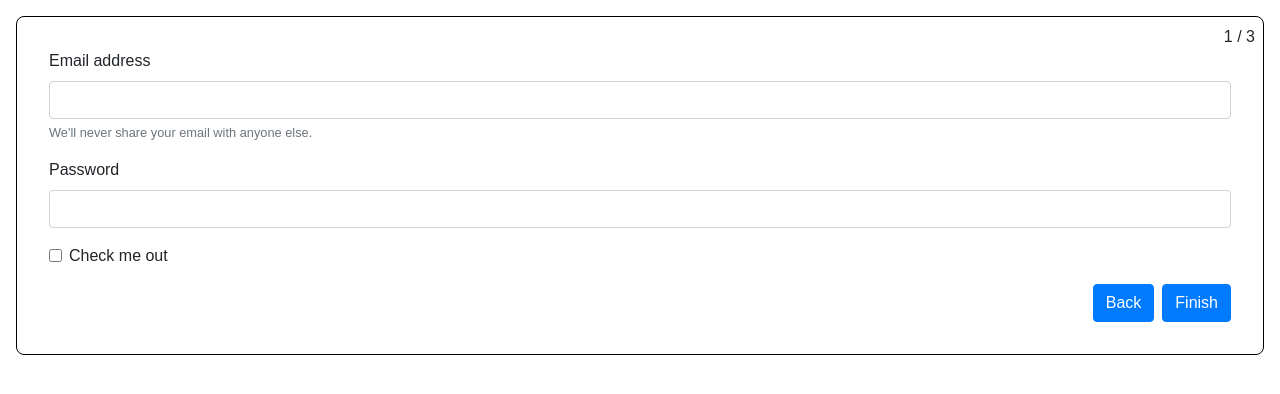
Repository: Aminox84/frontend-main
Page: /
An editor plug-in stored every save of this project. The page is shown before and after a run of saves, followed by the edit.
The browser window is 1280 px wide. The pictures show the whole page.
The project was rebuilt for these pictures with package versions that can differ from the ones it lists, and the page was loaded fresh each time. Also part of the build but not shown: src/AddressForm.tsx.

Above is the page before, as saved 2022-12-29 19:13:41.

### public/index.html
<!DOCTYPE html>
<html lang="en">
  <head>
    <meta charset="utf-8" />
    <link rel="icon" href="%PUBLIC_URL%/favicon.ico" />
    <meta name="viewport" content="width=device-width, initial-scale=1" />
    <meta name="theme-color" content="#000000" />
    <meta
      name="description"
      content="Web site created using create-react-app"
    />
    <link rel="apple-touch-icon" href="%PUBLIC_URL%/logo192.png" />

    <link rel="manifest" href="%PUBLIC_URL%/manifest.json" />
    <link rel="stylesheet" href="https://cdn.jsdelivr.net/npm/bootstrap@4.4.1/dist/css/bootstrap.min.css" integrity="sha384-Vkoo8x4CGsO3+Hhxv8T/Q5PaXtkKtu6ug5TOeNV6gBiFeWPGFN9MuhOf23Q9Ifjh" crossorigin="anonymous">

    <title>React App</title>
  </head>
  <body>
    <noscript>You need to enable JavaScript to run this app.</noscript>
    <div id="root"></div>
    <script src="https://code.jquery.com/jquery-3.4.1.slim.min.js" integrity="sha384-J6qa4849blE2+poT4WnyKhv5vZF5SrPo0iEjwBvKU7imGFAV0wwj1yYfoRSJoZ+n" crossorigin="anonymous"></script>
    <script src="https://cdn.jsdelivr.net/npm/popper.js@1.16.0/dist/umd/popper.min.js" integrity="sha384-Q6E9RHvbIyZFJoft+2mJbHaEWldlvI9IOYy5n3zV9zzTtmI3UksdQRVvoxMfooAo" crossorigin="anonymous"></script>
    <script src="https://cdn.jsdelivr.net/npm/bootstrap@4.4.1/dist/js/bootstrap.min.js" integrity="sha384-wfSDF2E50Y2D1uUdj0O3uMBJnjuUD4Ih7YwaYd1iqfktj0Uod8GCExl3Og8ifwB6" crossorigin="anonymous"></script>
  </body>
</html>

### src/App.tsx
import React from 'react';
import { useMultistepForm } from './useMultistepForm';
import { AddressForm } from './AddressForm';
import { AccountForm } from './AccountForm';
import { UserForm } from './userForm';


function App() {


const {steps,currentStepIndex,step,isFirstStep,isLastStep,back,next} = useMultistepForm([<UserForm />,<AddressForm />,<AccountForm />])

  return (
    <div style={{position:"relative",background:"white",border:"1px solid  black",padding:"2rem",margin:"1rem",borderRadius:".5rem",fontFamily:"Arial"}}>
      <form>
       <div style={{position:"absolute",top:".5rem",right:".5rem"}}> {currentStepIndex + 1} / {steps.length}</div>
       {step}
       <div className='d-flex justify-content-end'>
       {!isFirstStep && <button className='btn btn-primary ml-2' type="button" onClick={back}>Back</button>}
       <button type="button" className='btn btn-primary ml-2' onClick={next}>{isLastStep ? "Finish" : "Next"}</button>
       </div>
      </form>
    </div>
  );
}

export default App;

### src/useMultistepForm.ts
import {ReactElement,useState} from 'react'



export function useMultistepForm(steps: ReactElement[]){

const [currentStepIndex, setCurrentStepIndex]=useState(0)

function next(){
setCurrentStepIndex(i=>{
    if ( i > steps.length-1) return i
    return i +1
})
}
function back(){
    setCurrentStepIndex(i=>{
        if ( i <= 0) return i
        return i -1
    })
}
function goTo(index:number){
    setCurrentStepIndex(index);
}





return {
    currentStepIndex,
    step: steps[currentStepIndex],
    goTo,
    next,
    back,
    steps,
    isFirstStep: currentStepIndex!==0,
    isLastStep: steps.length-1,
}

}

### src/userForm.tsx
export function UserForm(){
    return (
        <>
        <form>
  <div className="form-group">
    <label htmlFor="exampleInputEmail1">Email address</label>
    <input type="email" className="form-control" id="exampleInputEmail1" aria-describedby="emailHelp" />
    <small id="emailHelp" className="form-text text-muted">We'll never share your email with anyone else.</small>
  </div>
  <div className="form-group">
    <label htmlFor="exampleInputPassword1">Password</label>
    <input type="password" className="form-control" id="exampleInputPassword1" />
  </div>
  <div className="form-group form-check">
    <input type="checkbox" className="form-check-input" id="exampleCheck1" />
    <label className="form-check-label" htmlFor="exampleCheck1">Check me out</label>
  </div>
</form>
        </>
    )
}

### src/AccountForm.tsx
export function AccountForm(){
    return (
        <>
        <label> Email</label>
        <input autoFocus required type="text"></input>
        <label>Password</label>
        <input required type="password"/>
        </>
    )
}

Loaded but not shown: src/index.tsx (common file)

After the next 2 saves:
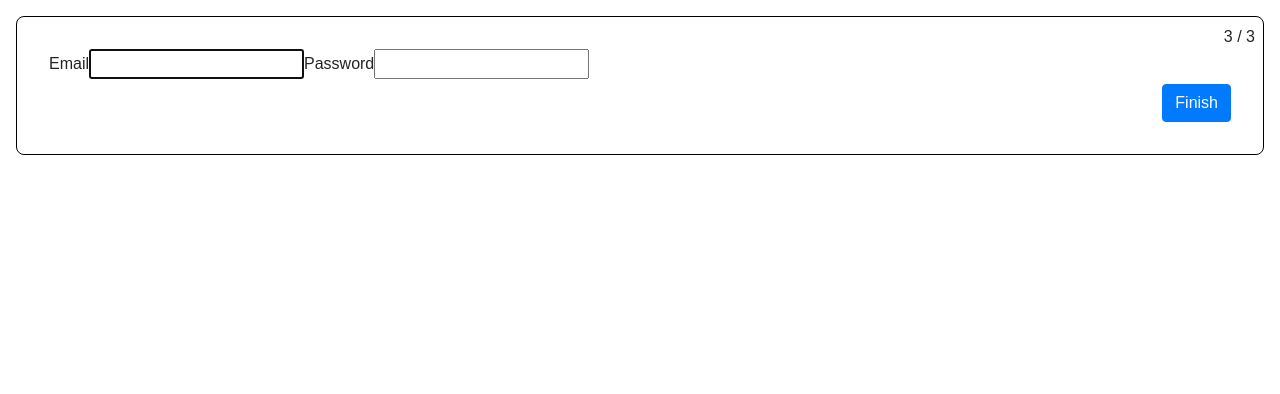
The 2 saves are shown as one change because they came seconds apart.
The last was saved 60 s later.
--- a/src/useMultistepForm.ts
+++ b/src/useMultistepForm.ts
@@ -4,7 +4,7 @@
 
 export function useMultistepForm(steps: ReactElement[]){
 
-const [currentStepIndex, setCurrentStepIndex]=useState(0)
+const [currentStepIndex, setCurrentStepIndex]=useState(2)
 
 function next(){
 setCurrentStepIndex(i=>{

After the save that followed:
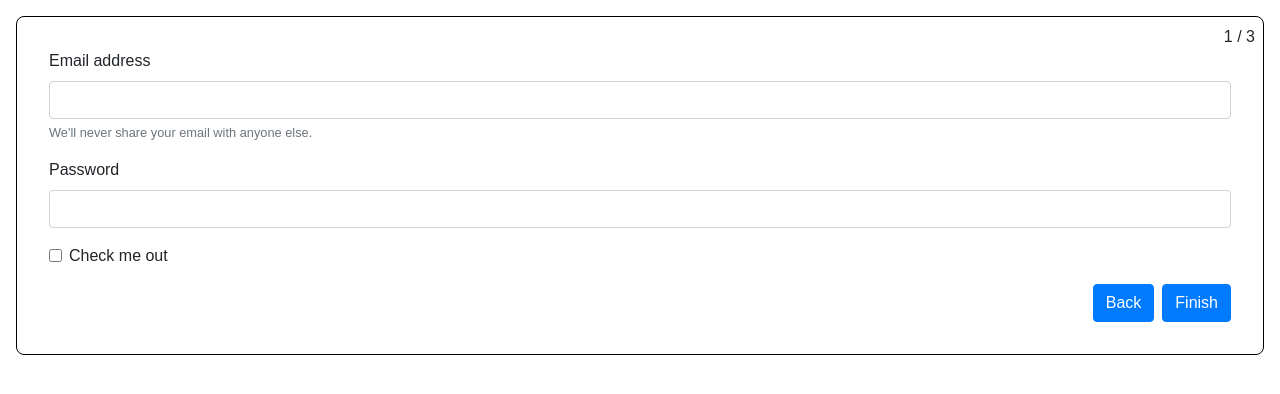
Saved 5 s later.
--- a/src/useMultistepForm.ts
+++ b/src/useMultistepForm.ts
@@ -4,7 +4,7 @@
 
 export function useMultistepForm(steps: ReactElement[]){
 
-const [currentStepIndex, setCurrentStepIndex]=useState(2)
+const [currentStepIndex, setCurrentStepIndex]=useState(0)
 
 function next(){
 setCurrentStepIndex(i=>{
